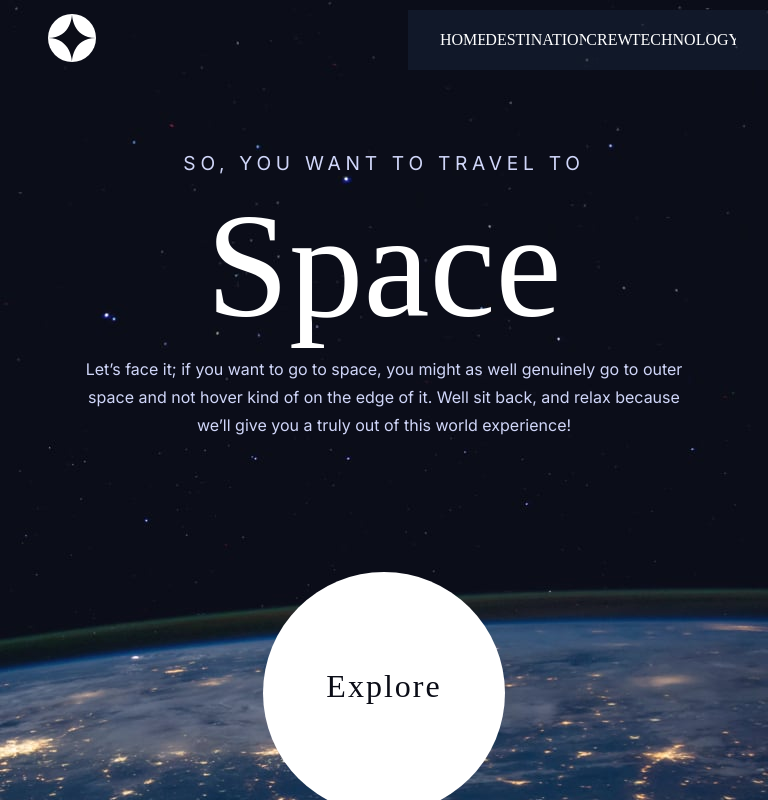
Repository: nilesjamex/space
Page: /
An editor plug-in stored every save of this project. The page is shown before and after the next save, followed by the edit.
The browser window is 768 px wide. The pictures show the whole page.
Some web fonts or font styles are not loaded; a fallback is used. Some web libraries are served in a nearby version. The project was rebuilt for these pictures with package versions that can differ from the ones it lists, and the page was loaded fresh each time. The framework's server and built-in components were replaced by stand-ins that run in the browser. Also part of the build but not shown: next.config.js.

Above is the page before, as saved 2022-01-08 04:15:22.

After the next save:
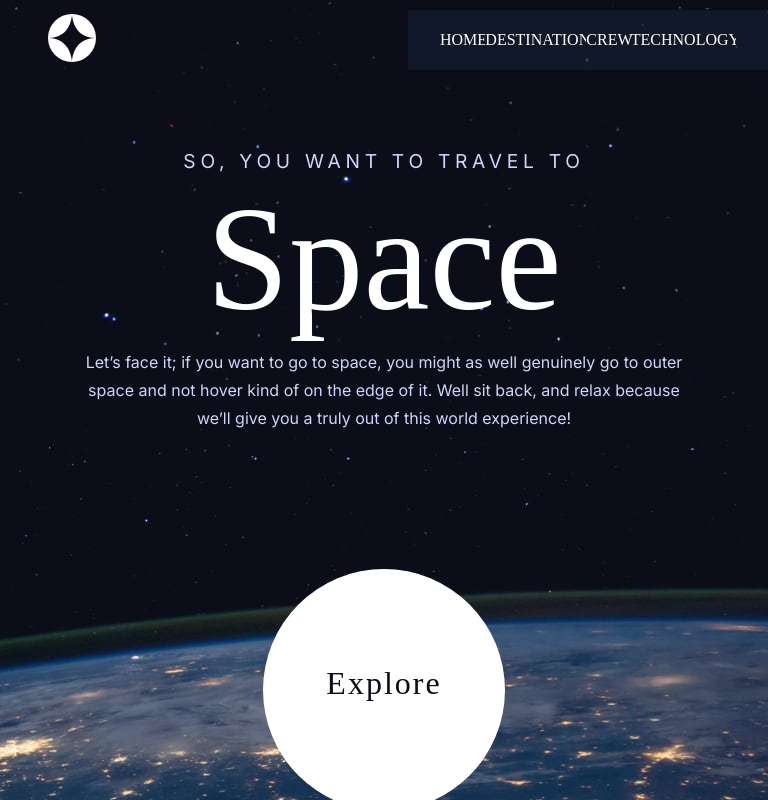
Saved 49 s later.
--- a/Components/home.module.css
+++ b/Components/home.module.css
@@ -80,6 +80,7 @@
         }
     .HomeTextsub {
         font-size: 1.2rem;
+        line-height: 24px;
     }
     .HomeTextsubs {
         font-size: 1rem;
